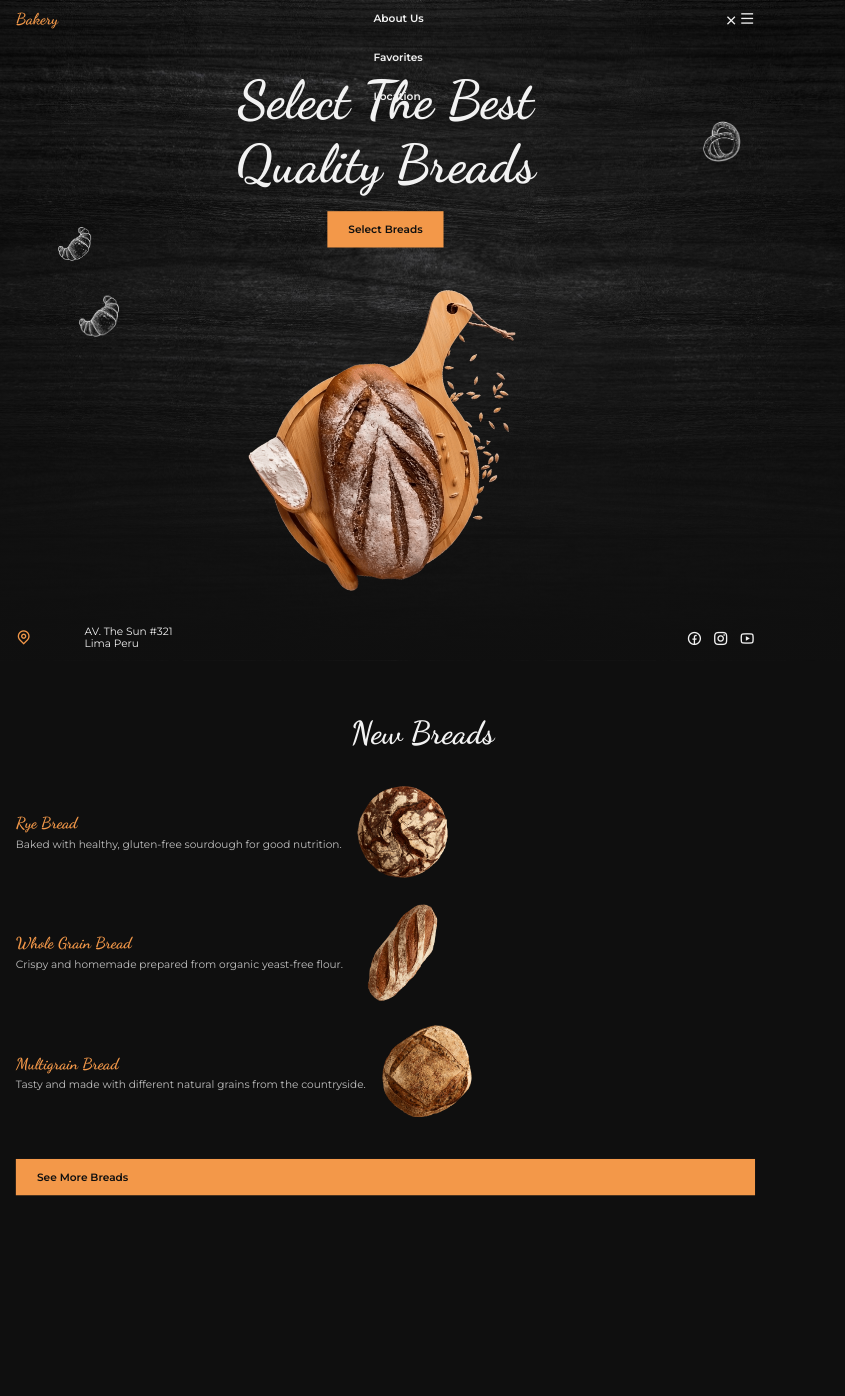
Repository: KinD2704/Web-University
Page: Buổi 8/B8/index.html
An editor plug-in stored every save of this project. The page is shown before and after the next save, followed by the edit.
The browser window is 1280 px wide. The pictures show the whole page, at 66% of full size.
Some web libraries are served in a nearby version.

Above is the page before, as saved 2024-01-30 10:18:35.

After the next save:
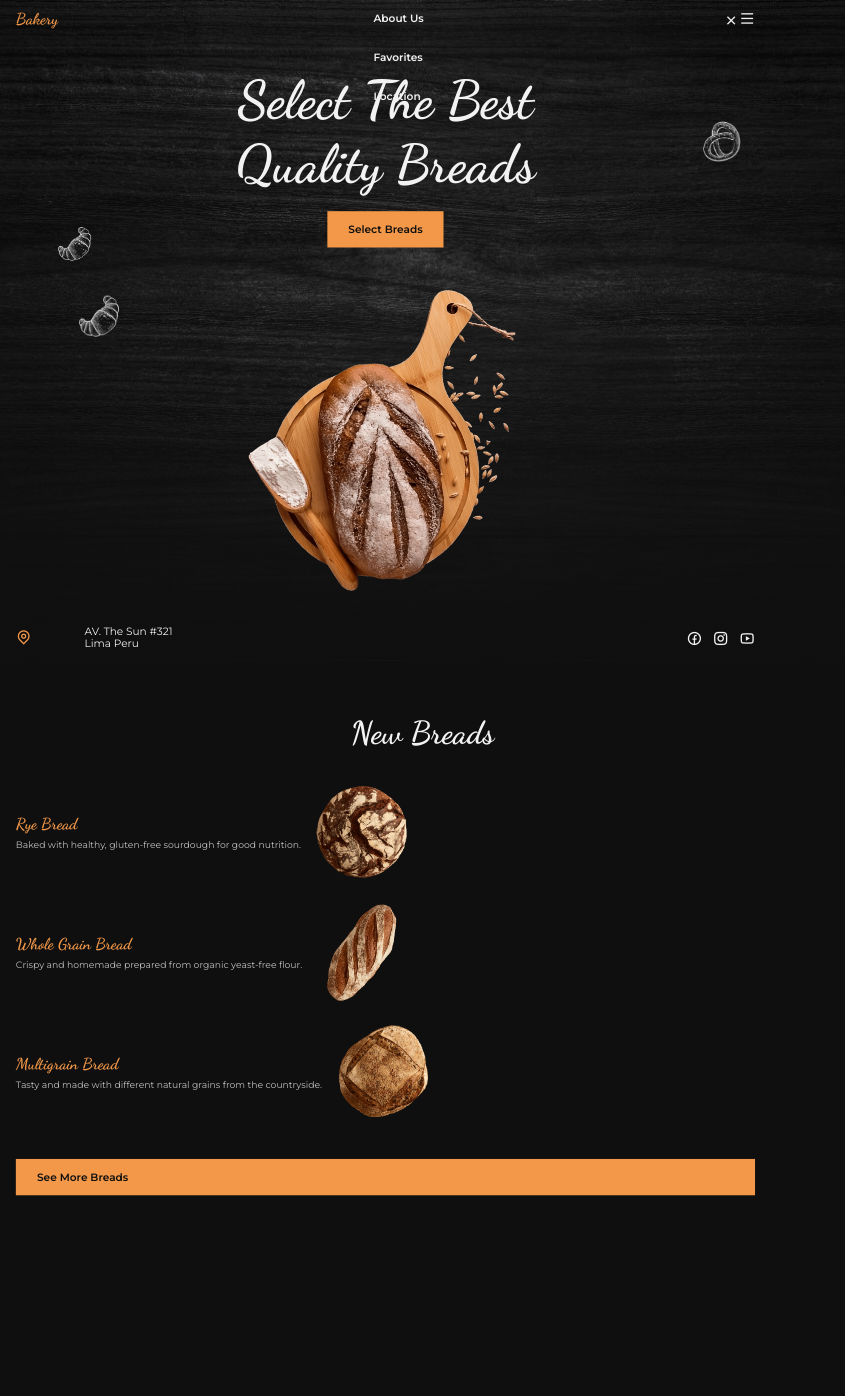
Saved 5 s later.
--- a/Buổi 8/B8/assets/css/styles.css
+++ b/Buổi 8/B8/assets/css/styles.css
@@ -344,7 +344,7 @@
     margin-bottom: 0.5rem;
 }
 .new__description {
-    font-size: ;
+    font-size: var(--small-font-size);
 }
 /*=============== ABOUT ===============*/
 
